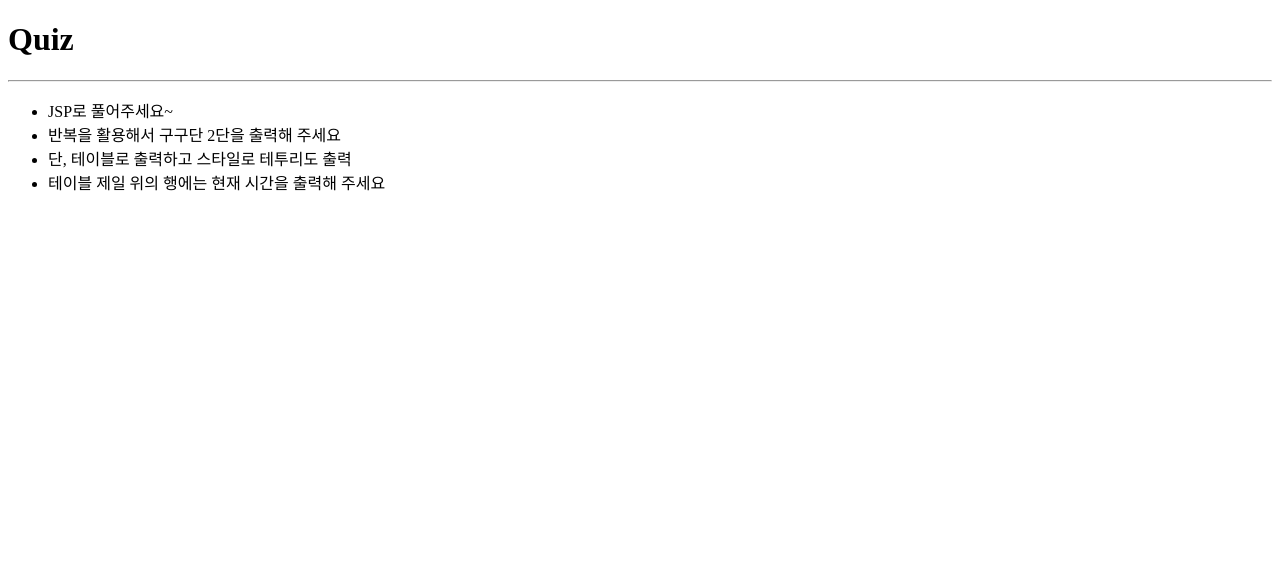
Repository: nyg159/academyJSPeclipse
Page: http://localhost/JSP/ac0911/quiz.jsp
The author's editor kept a copy of each file at every save. The page is drawn from the files as they stood at one save, then again after the next save.
The browser window is 1280 px wide. The pictures show the whole page.
The page is served by Tomcat 9.

Above is the page before, as saved 2023-09-11 04:49:02.

After the next save:
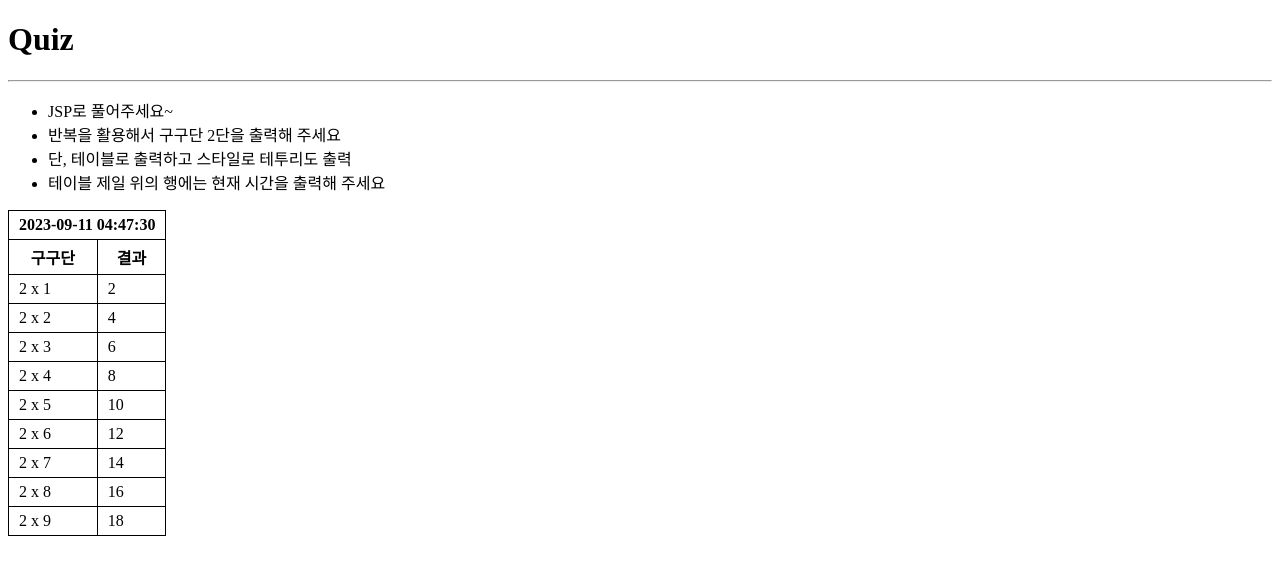
Saved 6 min 29 s later.
--- a/JSP/WebContent/ac0911/quiz.jsp
+++ b/JSP/WebContent/ac0911/quiz.jsp
@@ -1,3 +1,5 @@
+<%@page import="java.text.SimpleDateFormat"%>
+<%@page import="java.util.Date"%>
 <%@ page language="java" contentType="text/html; charset=UTF-8"
     pageEncoding="UTF-8"%>
 <!DOCTYPE html>
@@ -5,6 +7,16 @@
 <head>
 <meta charset="UTF-8">
 <title>quiz.jsp</title>
+
+<style>
+	table {
+		border-collapse: collapse;
+	}
+	th, td {
+		border: 1px solid black;
+		padding: 5px 10px;
+	}
+</style>
 </head>
 <body>
 	<h1>Quiz</h1>
@@ -17,5 +29,26 @@
 		<li>테이블 제일 위의 행에는 현재 시간을 출력해 주세요</li>
 	</ul>
 
+	<%
+		SimpleDateFormat sdf = new SimpleDateFormat("yyyy-MM-dd hh:mm:ss");
+		String date = sdf.format(new Date());
+	%>
+
+	<table>
+		<tr>
+			<th colspan="2"><%=date %></th>
+		</tr>
+		<tr>
+			<th>구구단</th>
+			<th>결과</th>
+		</tr>
+		<% for (int i = 1; i <= 9; i++) { %>
+		<tr>
+			<td>2 x <%=i %></td>
+			<td><%=2 * i %></td>
+		</tr>
+		<% } %>
+	</table>
+
 </body>
 </html>
